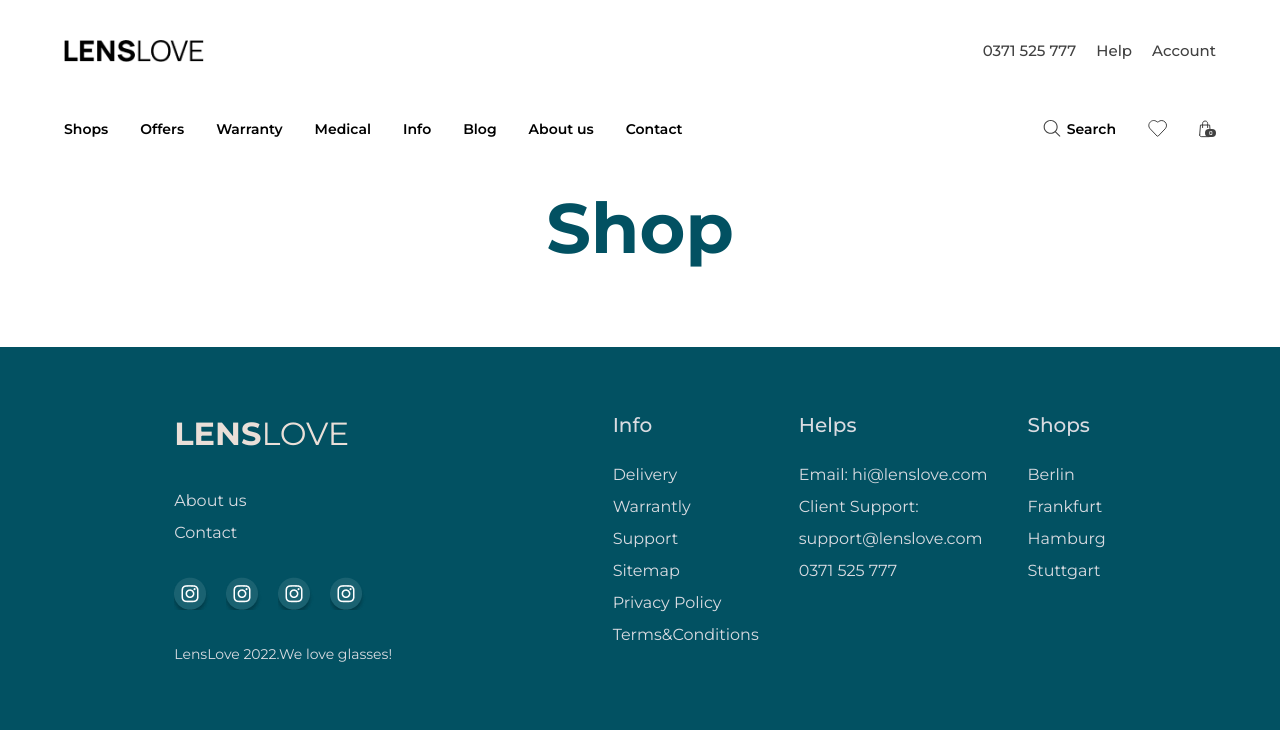
Repository: thienthanhvinh/glasses-react
Page: /shop
These files come from the project's save history. The page is drawn as it stood at one moment and after the next save; the edit follows.
The browser window is 1280 px wide. The pictures show the whole page.
The project was rebuilt for these pictures with package versions that can differ from the ones it lists, and the page was loaded fresh each time. Also part of the build but not shown: src/App.css, src/components/button/Button.js, src/components/category/Category.js, src/components/intro/Intro.js, src/components/sales/SpringSales.js, src/modules/GlassesGrid.js, src/modules/GlassesItem.js, src/modules/HeadlineImage.js and 11 more.

Above is the page before, as saved 2023-02-13 20:08:03.

### public/index.html
<!DOCTYPE html>
<html lang="en">
  <head>
    <meta charset="utf-8" />
    <link rel="icon" href="%PUBLIC_URL%/favicon.ico" />
    <meta name="viewport" content="width=device-width, initial-scale=1" />
    <meta name="theme-color" content="#000000" />
    <meta
      name="description"
      content="Web site created using create-react-app"
    />
    <link rel="apple-touch-icon" href="%PUBLIC_URL%/logo192.png" />
    <!--
      manifest.json provides metadata used when your web app is installed on a
      user's mobile device or desktop. See https://developers.google.com/web/fundamentals/web-app-manifest/
    -->
    <link rel="manifest" href="%PUBLIC_URL%/manifest.json" />
    <!--
      Notice the use of %PUBLIC_URL% in the tags above.
      It will be replaced with the URL of the `public` folder during the build.
      Only files inside the `public` folder can be referenced from the HTML.

      Unlike "/favicon.ico" or "favicon.ico", "%PUBLIC_URL%/favicon.ico" will
      work correctly both with client-side routing and a non-root public URL.
      Learn how to configure a non-root public URL by running `npm run build`.
    -->
    <link href="https://fonts.googleapis.com/css2?family=Montserrat:wght@300;400;500;600;700&display=swap" rel="stylesheet">
    <title>React App</title>
  </head>
  <body>
    <noscript>You need to enable JavaScript to run this app.</noscript>
    <div id="root"></div>
    <!--
      This HTML file is a template.
      If you open it directly in the browser, you will see an empty page.

      You can add webfonts, meta tags, or analytics to this file.
      The build step will place the bundled scripts into the <body> tag.

      To begin the development, run `npm start` or `yarn start`.
      To create a production bundle, use `npm run build` or `yarn build`.
    -->
  </body>
</html>

### src/index.js
import React from 'react';
import ReactDOM from 'react-dom/client';
import './index.css';
import App from './App';
import reportWebVitals from './reportWebVitals';
import { BrowserRouter } from 'react-router-dom';
import { ToastContainer, toast } from 'react-toastify';
import 'react-toastify/dist/ReactToastify.css';

const root = ReactDOM.createRoot(document.getElementById('root'));
root.render(
  // <React.StrictMode>
  <BrowserRouter>
    <App />
    <ToastContainer></ToastContainer>
  </BrowserRouter>
  // </React.StrictMode>
);

// If you want to start measuring performance in your app, pass a function
// to log results (for example: reportWebVitals(console.log))
// or send to an analytics endpoint. Learn more: https://bit.ly/CRA-vitals
reportWebVitals();

### src/index.css
/* body {
  margin: 0;
  font-family: -apple-system, BlinkMacSystemFont, 'Segoe UI', 'Roboto', 'Oxygen',
    'Ubuntu', 'Cantarell', 'Fira Sans', 'Droid Sans', 'Helvetica Neue',
    sans-serif;
  -webkit-font-smoothing: antialiased;
  -moz-osx-font-smoothing: grayscale;
}

code {
  font-family: source-code-pro, Menlo, Monaco, Consolas, 'Courier New',
    monospace;
} */

@tailwind base;
@tailwind components;
@tailwind utilities;

body {
  font-family: 'Montserrat', sans-serif;
}
/* .darkmode-input:checked + div .darkmode-spinner {
  transform: translateX(33px);
} */
.active-light {
  transform: translateX(0px);
  transition: all 0.4s;
}
.active-dark {
  transform: translateX(33px);
  transition: all 0.4s;
}

/* .darkmode-input:checked + div {


} */

/* .darkmode-input:checked + div .darkmode-spinner {
  background-color: white;
} */

### src/App.js

import { Route, Routes } from 'react-router-dom';
import './App.css';
import HomePage from './pages/HomePage';
import ShopPage from './pages/ShopPage';
import SignInPage from './pages/SignInPage';
import SignUpPage from './pages/SignUpPage';

function App() {
  return (
    <Routes>
      <Route path='/sign-up' element={<SignUpPage></SignUpPage>}></Route>
      <Route path='/sign-in' element={<SignInPage></SignInPage>}></Route>
      <Route path='/' element={<HomePage></HomePage>}></Route>
      <Route path='/shop' element={<ShopPage></ShopPage>}></Route>
    </Routes>
  );
}

export default App;

### src/pages/ShopPage.js
import React from 'react';
import Heading from '../components/common/Heading';
import SpringSales from '../components/sales/SpringSales';
import LayoutGlasses from '../layout/LayoutGlasses';

const ShopPage = () => {
    return (
        <>
            <LayoutGlasses>
                <Heading>Shop</Heading>
            </LayoutGlasses>
        </>
    );
};

export default ShopPage;

### src/components/common/Heading.js
import React from 'react';

const Heading = ({children, className = ''}) => {
    return (
        <h2 className={`font-extrabold text-[70px] leading-[98px] text-center text-primary mb-[70px] ${className}`}>
            {children}
        </h2>
    );
};
export default Heading;

### src/modules/Menu.js
import React from "react";
import { Link } from "react-router-dom";
import Navbar from "../components/navbar/Navbar";

const Menu = () => {
  return (
    <div className="py-10 px-16">
      <div className="flex items-center justify-between mb-14">
        <img src="/logo.png" alt="" className="w-[140px] h-auto object-cover" />
        <div className="flex gap-x-5 text-secondary-3 text-[15px] font-medium">
            <span>0371 525 777</span>
            <Link to="/">Help</Link>
            <Link to="/sign-in">Account</Link>
        </div>
      </div>
      <Navbar></Navbar>
    </div>
  );
};

export default Menu;

### src/modules/Footer.js
import React from "react";
import { Link } from "react-router-dom";

const Footer = () => {
  return (
    <div className="bg-primary flex justify-around px-16 py-16 text-gray-white">
      <div className="flex flex-col">
        <h2 className="text-secondary font-extrabold text-[32px] leading-[46px] mb-8">
          LENS<span className="font-normal">LOVE</span>
        </h2>
        <Link to="/about" className="mb-2">
          About us
        </Link>
        <Link to="contact" className="mb-8">
          Contact
        </Link>
        <div className="flex gap-x-4 mb-8">
          <span>
            <img src="/Instagram.png" alt="" />
          </span>
          <span>
            <img src="/Instagram.png" alt="" />
          </span>
          <span>
            <img src="/Instagram.png" alt="" />
          </span>
          <span>
            <img src="/Instagram.png" alt="" />
          </span>
        </div>
        <p className="text-[14px] leading-[24px]">
          LensLove 2022.We love glasses!
        </p>
      </div>
      <div className="flex gap-x-10">
        <div>
          <h3 className="font-medium text-xl mb-6">Info</h3>
          <div className="flex flex-col gap-y-2">
            <p>Delivery</p>
            <p>Warrantly</p>
            <p>Support</p>
            <p>Sitemap</p>
            <p>Privacy Policy</p>
            <p>Terms&Conditions</p>
          </div>
        </div>
        <div>
          <h3 className="font-medium text-xl mb-6">Helps</h3>
          <div className="flex flex-col gap-y-2">
            <p>Email: hi@lenslove.com</p>
            <p>Client Support:</p>
            <p>support@lenslove.com</p>
            <p>0371 525 777</p>
          </div>
        </div>
        <div>
          <h3 className="font-medium text-xl mb-6">Shops</h3>
          <div className="flex flex-col gap-y-2">
            <p>Berlin</p>
            <p>Frankfurt</p>
            <p>Hamburg</p>
            <p>Stuttgart</p>
          </div>
        </div>
      </div>
    </div>
  );
};

export default Footer;

### src/layout/LayoutGlasses.js
import React from 'react';
import Footer from '../modules/Footer';
import Menu from '../modules/Menu';

const LayoutGlasses = ({children}) => {
    return (
        <>
         <Menu></Menu>
            {children}
         <Footer></Footer>
        </>
    );
};

export default LayoutGlasses;

### src/components/navbar/Navbar.js
import React from "react";
import { Link } from "react-router-dom";

const Navbar = () => {
  return (
    <div className="flex">
      <ul className="flex text-sm font-semibold gap-x-8">
        <li>
          <Link to="/shop">Shops</Link>
        </li>
        <li>
          <Link to="/">Offers</Link>
        </li>
        <li>
          <Link to="/">Warranty</Link>
        </li>
        <li>
          <Link to="/">Medical</Link>
        </li>
        <li>
          <Link to="/">Info</Link>
        </li>
        <li>
          <Link to="/">Blog</Link>
        </li>
        <li>
          <Link to="/">About us</Link>
        </li>
        <li>
          <Link to="/">Contact</Link>
        </li>
      </ul>
      <div className="ml-auto flex items-center gap-x-8">
        <div className="flex gap-x-[6px] items-center">
          <svg
            width={18}
            height={17}
            viewBox="0 0 18 17"
            fill="none"
            xmlns="http://www.w3.org/2000/svg"
          >
            <path
              d="M17.153 15.747L12.8535 11.5161C13.9794 10.2929 14.6712 8.67509 14.6712 6.89489C14.6707 3.0867 11.534 0 7.66437 0C3.79477 0 0.658081 3.0867 0.658081 6.89489C0.658081 10.7031 3.79477 13.7898 7.66437 13.7898C9.3363 13.7898 10.8698 13.2115 12.0743 12.2501L16.3905 16.4976C16.6008 16.7047 16.9422 16.7047 17.1525 16.4976C17.3633 16.2904 17.3633 15.9541 17.153 15.747ZM7.66437 12.729C4.39027 12.729 1.7361 10.117 1.7361 6.89489C1.7361 3.67281 4.39027 1.06082 7.66437 1.06082C10.9385 1.06082 13.5926 3.67281 13.5926 6.89489C13.5926 10.117 10.9385 12.729 7.66437 12.729Z"
              fill="#414141"
            />
          </svg>
          <span className="text-sm font-semibold">Search</span>
        </div>
        <span>
          <svg
            width="19"
            height="17"
            viewBox="0 0 19 17"
            fill="none"
            xmlns="http://www.w3.org/2000/svg"
          >
            <path
              d="M2.14414 8.80841C0.111678 6.47788 0.614575 3.72661 2.23686 2.03652C3.85628 0.349414 6.5587 -0.245866 8.98238 1.79479L8.98243 1.79483C9.37299 2.12358 9.93842 2.1081 10.3148 1.781L10.3148 1.78097C12.5442 -0.15713 15.2905 0.329246 16.9821 1.956C17.8273 2.76872 18.3905 3.85299 18.4856 5.03784C18.5799 6.21232 18.2175 7.5254 17.1436 8.81679L10.2601 16.0112C9.92623 16.3602 9.36908 16.3602 9.03526 16.0113L2.14414 8.80841Z"
              stroke="#414141"
            />
          </svg>
        </span>
        <span>
          <svg
            width="17"
            height="18"
            viewBox="0 0 17 18"
            fill="none"
            xmlns="http://www.w3.org/2000/svg"
          >
            <path
              d="M0.672966 15.0244L1.47201 5.03632H10.653L11.452 15.0244C11.5228 15.9093 10.8238 16.6665 9.93602 16.6665H2.18895C1.30121 16.6665 0.602173 15.9093 0.672966 15.0244Z"
              stroke="#414141"
              stroke-linecap="round"
              stroke-linejoin="round"
            />
            <path
              d="M3.58252 7.56769V3.52604C3.58252 2.68402 4.08773 1 6.10856 1C8.12938 1 8.63459 2.68402 8.63459 3.52604V7.56769"
              stroke="#414141"
              stroke-linecap="round"
              stroke-linejoin="round"
            />
            <rect x="6" y="9" width="11" height="8" rx="4" fill="#414141" />
            <path
              d="M11.8424 15.084C11.5568 15.084 11.3048 15.0233 11.0864 14.902C10.868 14.7788 10.6972 14.608 10.574 14.3896C10.4527 14.1712 10.392 13.9192 10.392 13.6336V12.3344C10.392 12.0488 10.4527 11.7968 10.574 11.5784C10.6972 11.36 10.868 11.1901 11.0864 11.0688C11.3048 10.9456 11.5568 10.884 11.8424 10.884C12.128 10.884 12.3791 10.9456 12.5956 11.0688C12.814 11.1901 12.9848 11.36 13.108 11.5784C13.2312 11.7968 13.2928 12.0488 13.2928 12.3344V13.6336C13.2928 13.9192 13.2312 14.1712 13.108 14.3896C12.9848 14.608 12.814 14.7788 12.5956 14.902C12.3791 15.0233 12.128 15.084 11.8424 15.084ZM11.8424 14.4428C11.9843 14.4428 12.1131 14.4092 12.2288 14.342C12.3445 14.2729 12.436 14.1815 12.5032 14.0676C12.5704 13.9519 12.604 13.8231 12.604 13.6812V12.284C12.604 12.1403 12.5704 12.0115 12.5032 11.8976C12.436 11.7819 12.3445 11.6904 12.2288 11.6232C12.1131 11.5541 11.9843 11.5196 11.8424 11.5196C11.7005 11.5196 11.5717 11.5541 11.456 11.6232C11.3403 11.6904 11.2488 11.7819 11.1816 11.8976C11.1144 12.0115 11.0808 12.1403 11.0808 12.284V13.6812C11.0808 13.8231 11.1144 13.9519 11.1816 14.0676C11.2488 14.1815 11.3403 14.2729 11.456 14.342C11.5717 14.4092 11.7005 14.4428 11.8424 14.4428Z"
              fill="white"
            />
          </svg>
        </span>
      </div>
    </div>
  );
};

export default Navbar;

### tailwind.config.js
/** @type {import('tailwindcss').Config} */
module.exports = {
  content: [
    "./src/**/*.{js,jsx,ts,tsx}",
  ],
  darkMode: 'class',
  theme: {
    extend: {
      colors: {
        'color-1': "#808191",
        'color-2': "#2d3436",
        'primary' : '#025162',
        'secondary': '#EADFD8',
        'secondary-3': '#414141',
        'tertiary' : '#E75313',
        'lens': '#D4E1F4',
        'gray-white': '#D9DBE1',
        'dark-text-primary': '#dfe6e9',
        'dark-color' : '#4e4f50',
        'dark-secon-color': '#2d3436',
        'dark-third-color': '#3a3a3a',
        'dark-four-color' : '#242526',
        'dark-five-color' : '#3A3A3A',

      }
    },
  },
  plugins: [],
}

Loaded but not shown: src/reportWebVitals.js (common file)

After the next save:
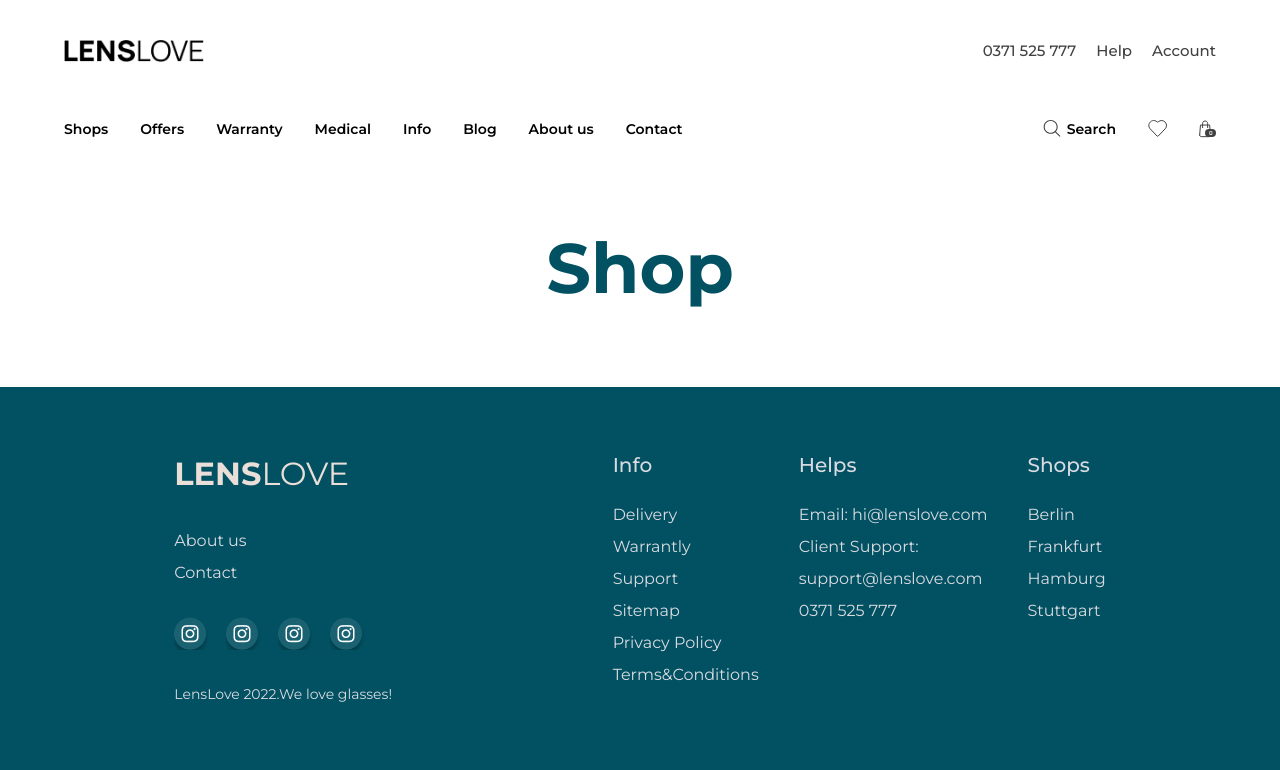
Saved 12 s later.
--- a/src/pages/ShopPage.js
+++ b/src/pages/ShopPage.js
@@ -7,7 +7,7 @@ const ShopPage = () => {
     return (
         <>
             <LayoutGlasses>
-                <Heading>Shop</Heading>
+                <Heading className='mt-10'>Shop</Heading>
             </LayoutGlasses>
         </>
     );
